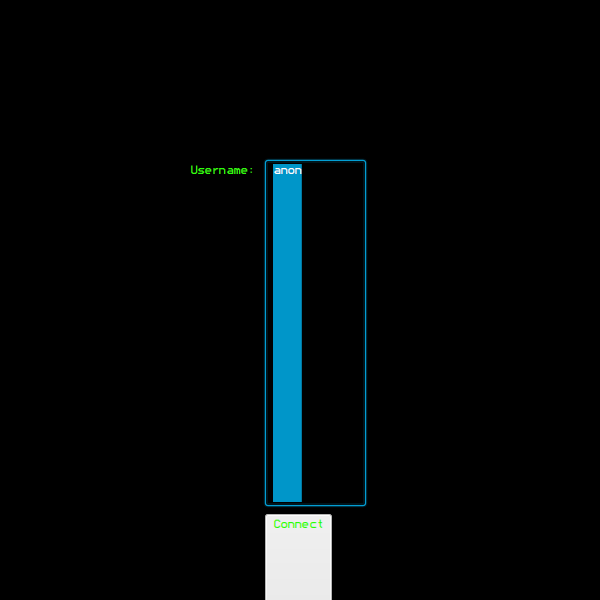
Repository: silic4-ivey/River
Program's window: java RiverClient/src/Main.java
An editor plug-in stored every save of this project. The program's window is shown before and after the next save, followed by the edit.
It runs on Java 21 on a 1366 x 768 screen with JavaFX 11; the title bar is not drawn. It also reads RiverClient/resources/fonts/Modeseven-L3n5.ttf.

Above is the program's window before, as saved 2021-08-16 18:48:01.

After the next save:
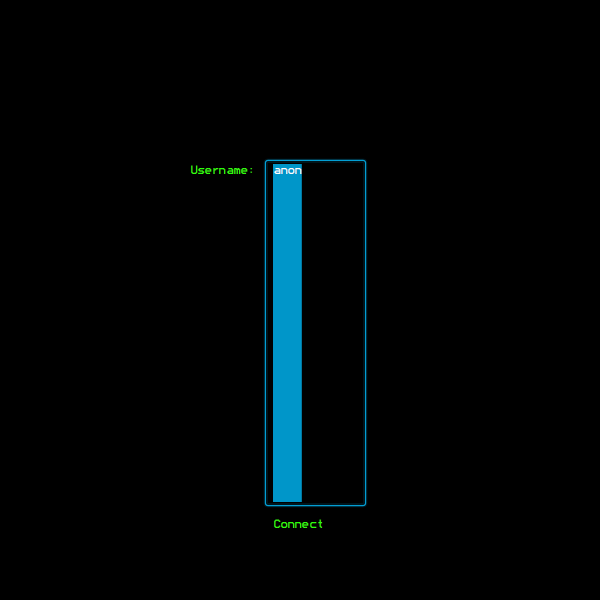
Saved 2 min 38 s later.
--- a/RiverClient/src/MainUI.java
+++ b/RiverClient/src/MainUI.java
@@ -55,7 +55,7 @@
 		text.setStyle("-fx-control-inner-background: black");
 		userLbl.setTextFill(Color.web("#39ff14"));
 		connectButton.setTextFill(Color.web("#39ff14"));
-		connectButton.setStyle("-fx-control-inner-background: black");
+		connectButton.setStyle("-fx-background-color: black");
 
 
 		GridPane layout1 = new GridPane();
